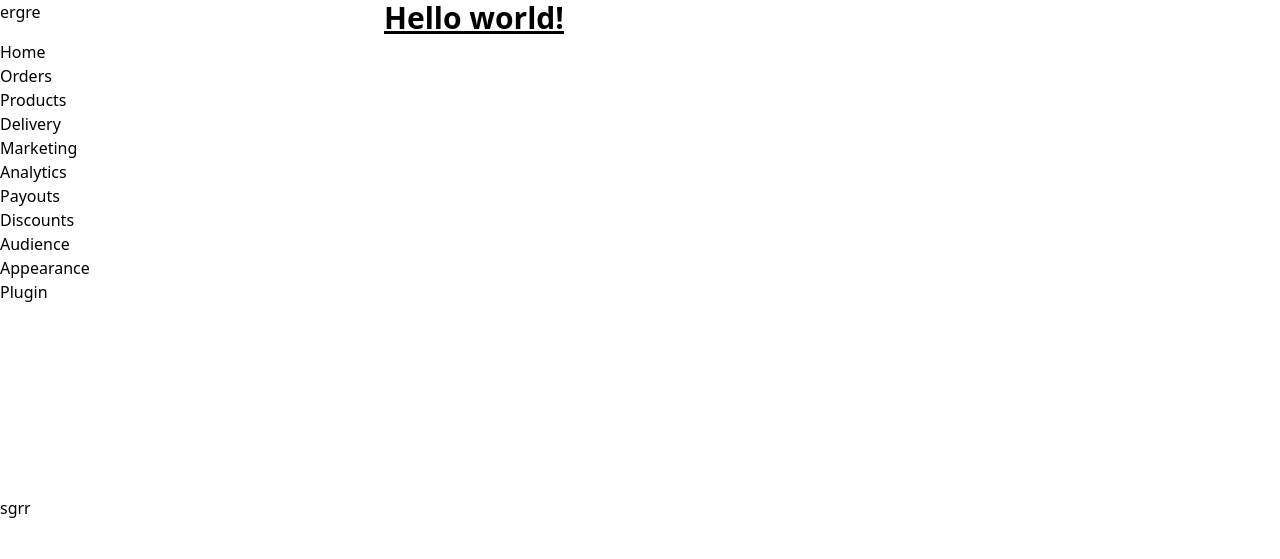
Repository: Yh010/dukaanDashboard
Page: /
The author's editor kept a copy of each file at every save. The page is drawn from the files as they stood at one save, then again after the next save.
The browser window is 1280 px wide. The pictures show the whole page.
The project was rebuilt for these pictures with package versions that can differ from the ones it lists, and the page was loaded fresh each time. Also part of the build but not shown: vite.config.js, src/App.css.

Above is the page before, as saved 2024-01-21 11:40:23.

After the next save:
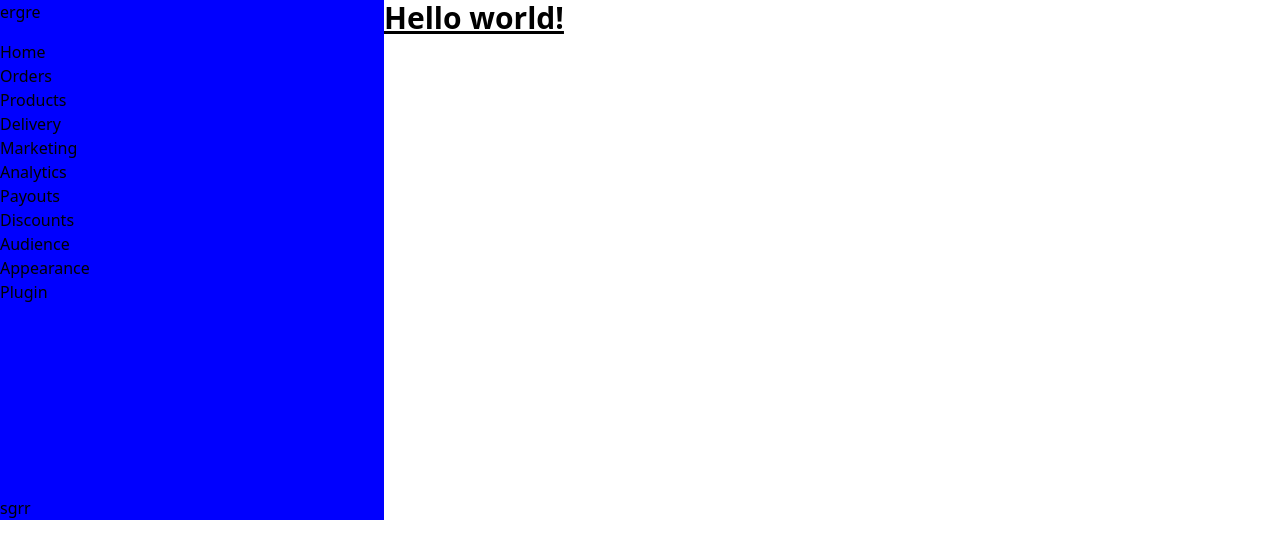
Saved 17 min 2 s later.
--- a/src/components/sidenavbar.jsx
+++ b/src/components/sidenavbar.jsx
@@ -1,6 +1,6 @@
 function SideNavBar() {
     return (
-        <div className="sidenavbar bg-blue" >
+        <div className="sidenavbar" style={{backgroundColor:"blue"}} >
 
             <div className=" space-y-48 justify-between">
                 <div className="space-y-4">
